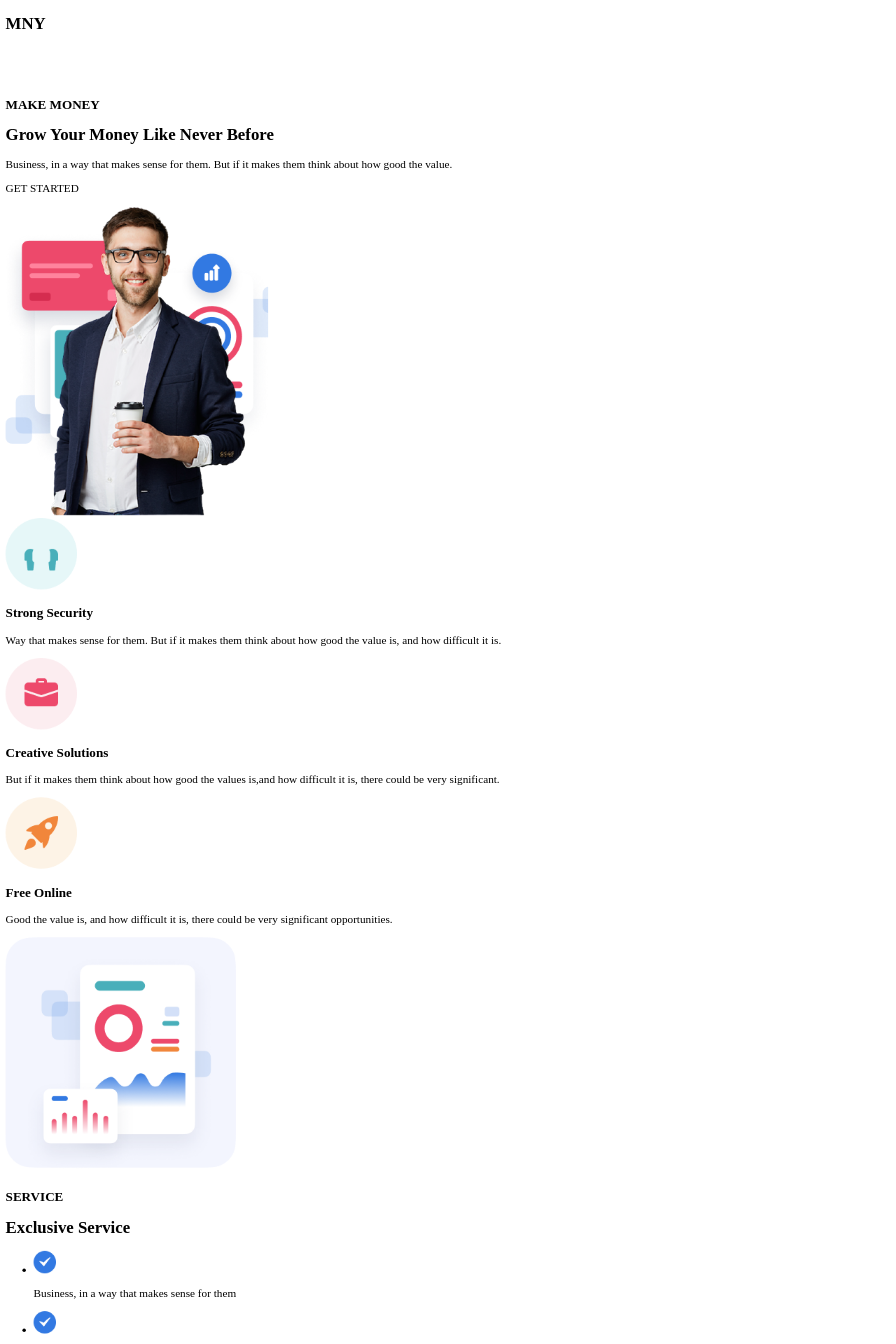
Repository: juniorAntunes910/Make-Money-Design-Avaliacao
Page: index.html
An editor plug-in stored every save of this project. The page is shown before and after a run of saves, followed by the edit.
The browser window is 1280 px wide. The pictures show the part of the page from y = 0 to 1920 px (the page is 5831 px tall before and 4361 px after), at 70% of full size.

Above is the page before, as saved 2026-03-13 08:02:50.

### index.html
<!DOCTYPE html>
<html lang="pt-br">

<head>
    <meta charset="UTF-8">
    <meta name="viewport" content="width=device-width, initial-scale=1.0">
    <title>Make Money</title>
    <link rel="stylesheet" href="style.css">
    <link rel="stylesheet" href="https://cdnjs.cloudflare.com/ajax/libs/font-awesome/6.5.1/css/all.min.css">
</head>

<body>
    <div class="gradient">
        <header>
            <nav class="container">
                <!--Tive que usar esse metodo alternativo para o gradient ficar correto e nao bugar com o container-->
                <h1 id="header-title">
                    MNY
                </h1>

                <div class="header-box-menu">
                    <img src="Assets/Mobile/header/img-menu-mobile.png" alt="Imagem do menu hamburgue">
                </div>
            </nav>
        </header>

        <main>
            <section id="hero" class="gradient">
                <div class="container">

                    <h3 class="hero-header-subtitle">
                        MAKE MONEY
                    </h3>

                    <h2 class="hero-header-title">
                        Grow Your
                        Money Like
                        Never Before
                    </h2>

                    <p class="hero-header-description">
                        Business, in a way that makes sense for <span class="quebra-mobile"></span>
                        them. But if it makes them think about how <span class="quebra-mobile"></span>
                        good the value.
                    </p>

                    <div id="hero-btn">
                        <p>GET STARTED</p>
                    </div>

                    <div id="hero-img-box">
                        <img src="Assets/Mobile/hero/main-content-img-manCoffe-Mobile.png" alt="Imagem de um homem com roupa de escritorio segurando um café com a mão esquerda, atras do homem há
                            3 graficos indicando crescimento" id="hero-img-box-mobile">

                    </div>
                </div>
            </section>
    </div>

    <section id="main-content" class="container">

        <div id="main-content-cards"><!--Estou usando como um container/box de cards-->

            <div class="main-content-card-box"><!--Primeiro "Card" Strong Security-->

                <div class="main-content-card-box-img-box"><!--Imagem do card-->
                    <img src="Assets/Mobile/main-content/img-card-strong-mobile.png" alt="Imagem de uma bola azul cor #E6F7F8 com duas luvas de box estilo low poly, tambem azul porem
                        mais escuro #49AFBA" class="main-content-card-box-img-box-mobile">
                </div><!--Fim da imagem do card-->

                <h3 class="main-content-card-box-content-title">
                    Strong Security
                </h3>

                <p class="main-content-card-box-content-description">
                    Way that makes sense for them. But if it <span class="quebra-mobile"></span>
                    makes them think about how good the <span class="quebra-mobile"></span>
                    value is, and how difficult it is. <span class="quebra-mobile"></span>
                </p>

            </div><!--Fim do Primeiro "Card" Strong security-->

            <div class="main-content-card-box"><!--Segundo "Card" Creative Solutiions-->

                <div class="main-content-card-box-img-box"><!--Imagem do card-->
                    <img src="Assets/Mobile/main-content/img-card-creative-mobile.png"
                        alt="Imagem de uma bola vermelha cor #FCEDF0, com uma maleta estilo escritorio tambem vermelha #ED496B "
                        class="main-content-card-box-img-box-mobile">
                </div><!--Fim da imagem do card-->

                <h3 class="main-content-card-box-content-title">
                    Creative Solutions
                </h3>

                <p class="main-content-card-box-content-description">
                    But if it makes them think about how <span class="quebra-mobile"></span>
                    good the values is,and how difficult it is, <span class="quebra-mobile"></span>
                    there could be very significant. <span class="quebra-mobile"></span>
                </p>

            </div><!--Fim do Segundo "Card" Creative Solutions-->

            <div class="main-content-card-box"><!--Terceiro "Card" Free Online-->

                <div class="main-content-card-box-img-box"><!--Imagem do card-->
                    <img src="Assets/Mobile/main-content/img-card-free-mobile.png"
                        alt="Imagem de uma bola amarela cor #FDF3E6, com um foguete tambem amarelo #F1863B "
                        class="main-content-card-box-img-box-mobile">
                </div><!--Fim da imagem do card-->

                <h3 class="main-content-card-box-content-title">
                    Free Online
                </h3>

                <p class="main-content-card-box-content-description">
                    Good the value is, and how difficult it is, <span class="quebra-mobile"></span>
                    there could be very significant <span class="quebra-mobile"></span>
                    opportunities. <span class="quebra-mobile"></span>
                </p>

            </div><!--Fim do Terceiro "Card" Free online-->
        </div><!--Fimd o container card Box-->

    </section>

    <div id="line-division-main" class="container"></div><!--Linha de divisão entre main-content e service-->


    <section id="service" class="container">

        <div id="service-img-box">
            <img src="Assets/Mobile/service/img-service-graph-mobile.png" alt="Imagem de dois graficos minimalistas, um grafico sendo o maior e possuindo varios graficos
                dentro da seu espaço e um grafico menor sendo de barras" id="img-service-mobile">
        </div>

        <div class="service-content">
            <div class="service-content-header">
                <h3 class="service-content-subtitle">
                    SERVICE
                </h3>

                <h2 class="service-content-title">
                    Exclusive <span class="quebra-mobile"></span>
                    Service
                </h2>
            </div>

            <div class="service-content-avaiable">
                <ul>
                    <li>
                        <div class="service-content-avaiable-img-box">
                            <img src="Assets/Mobile/service/img-service-avaiable-mobile.png"
                                alt="Imagem de uma bola azul com um simbolo de certo/correto branco no centro"
                                id="img-avaiable-mobile">
                        </div>
                        <p>
                            Business, in a way that makes
                            sense for them
                        </p>
                    </li>

                    <li>
                        <div class="service-content-avaiable-img-box">
                            <img src="Assets/Mobile/service/img-service-avaiable-mobile.png"
                                alt="Imagem de uma bola azul com um simbolo de certo/correto branco no centro"
                                class="img-avaiable-mobile">
                        </div>
                        <p>
                            Makes them think about how
                            good
                        </p>
                    </li>

                    <li>
                        <div class="service-content-avaiable-img-box">
                            <img src="Assets/Mobile/service/img-service-avaiable-mobile.png"
                                alt="Imagem de uma bola azul com um simbolo de certo/correto branco no centro"
                                class="img-avaiable-mobile">
                        </div>
                        <p>
                            Value is, and how difficult it is
                        </p>
                    </li>
                </ul>

                <div id="service-content-avaiable-btn">
                    <p>
                        LEARN MORE
                    </p>
                </div>
            </div>
        </div>
    </section>

    <section id="about">
        <div class="container">
            <h3 class="about-header-subtitle">
                ABOUT OUR COMPANY
            </h3>

            <h2 class="about-header-title">
                Giving Future To
                Your Investiment
            </h2>

            <p class="about-header-description">
                Business, in a way that takes
                sense for them.But if it makes
                them think about.
            </p>

            <p class="about-header-subdescription">
                But it makes them think about how good
                the value is,and how difficult it is, there
                could be very significant opportunities-it
                could be really expensive for them.
            </p>

            <div class="about-header-btn">
                <p>ABOUT US</p>
            </div>
        </div>

        <div id="about-img-box">
            <img src="Assets/Mobile/about/img-about-office-mobile.png"
                alt="imagem dividida em 4 elementos sendo a primeira em cima e maior
                com a foto de um trabalhador de escritorio sorrindo enquanto usa seu computador, abaixo na esquerda um grafico subindo, na direita
                possui duas imagem uma em cima da outra sendo a de cima um icone de banco e a de baixo um icone de cartao" class="about-img-box-img-mobile">
        </div>
    </section>

    <section id="testimonials">
        <div id="testimonials-header">
            <h3 class="testimonials-header-subtitle">
                Testimonials
            </h3>
            <h2 class="testimonials-header-title">
                What Clients
                Say
            </h2>
        </div>

        <div id="testimonials-cards-box"><!--Box de cards testimonial-->

            <div class="testimonials-cards-box-card">

                <div class="testimonials-cards-box-card-header"><!--Person 1-->
                    <div class="testimonials-cards-box-card-header-img-person">
                        <img src="Assets/Mobile/testimonials/persons/img-person1-mobile.png"
                            alt="Imagem de uma pessoa com boné, filtro preto e branco olhando para baixo enquanto sorri"
                            class="testimonials-cards-box-card-header-img-person-mobile">
                    </div>
                    <h3 class="testimonials-cards-box-card-header-title">
                        Asaka Chimako
                    </h3>
                    <div class="testimonials-cards-box-card-header-img-stars">
                        <img src="Assets/Mobile/testimonials/img-stars.png"
                            alt="Imagem de 5 estrelas amarelas, usadas como avaliação"
                            class="testimonials-cards-box-card-header-img-stars-mobile">
                    </div>
                </div>
                <div class="testimonials-cards-box-card-content">
                    <p>Business, in a way that makes sense
                        for them.But if it makes them think
                        about how good the value is, and how
                        difficult it is.
                    </p>
                </div>

                <div class="testimonials-cards-box-card-companys">
                    <div class="testimonials-cards-box-card-companys-img">
                        <img src="Assets/Mobile/testimonials/company/img-digitalside.png" alt="Logo da DigitalSide"
                            class="testimonials-cards-box-card-companys-img-mobile">
                    </div>
                    <p>This week</p>
                </div>

            </div><!--Fim do Person 1-->


            <!--Person 2-->
            <div class="testimonials-cards-box-card-azul"><!--Person 2-->
                <div class="testimonials-cards-box-card-header container">
                    <div class="testimonials-cards-box-card-header-img-person">
                        <img src="Assets/Mobile/testimonials/persons/img-person2-mobile (1).png"
                            alt="Imagem de uma pessoa olhando para a camera enquanto sorri"
                            class="testimonials-cards-box-card-header-img-person-mobile">
                    </div>
                    <h3 class="testimonials-cards-box-card-header-title azul-title">
                        Denice Ekdahl
                    </h3>
                    <div class="testimonials-cards-box-card-header-img-stars">
                        <img src="Assets/Mobile/testimonials/img-stars.png"
                            alt="Imagem de 5 estrelas amarelas, usadas como avaliação"
                            class="testimonials-cards-box-card-header-img-stars-mobile">
                    </div>
                </div>
                <div class="testimonials-cards-box-card-content container azul">
                    <p>
                        But if it makes them think about how
                        good the value is, and how difficult it is,
                        there could be very significant
                        opportunities.
                    </p>
                </div>

                <div class="testimonials-cards-box-card-companys container azul azul-bottom">
                    <div class="testimonials-cards-box-card-companys-img">
                        <img src="Assets/Mobile/testimonials/company/img-vortex.png" alt="Logo da Vortex"
                            class="testimonials-cards-box-card-companys-img-mobile">
                    </div>
                    <p>2 weeks ago</p>
                </div>
            </div>

            <div class="testimonials-cards-box-card">
                <div class="testimonials-cards-box-card-header"><!--Person 3-->
                    <div class="testimonials-cards-box-card-header-img-person">
                        <img src="Assets/Mobile/testimonials/persons/img-person3-mobile.png"
                            alt="Imagem de uma pessoa olhando para a camera enquanto sorri"
                            class="testimonials-cards-box-card-header-img-person-mobile">
                    </div>
                    <h3 class="testimonials-cards-box-card-header-title">
                        Vladěna Klímková
                    </h3>
                    <div class="testimonials-cards-box-card-header-img-stars">
                        <img src="Assets/Mobile/testimonials/img-stars.png"
                            alt="Imagem de 5 estrelas amarelas, usadas como avaliação"
                            class="testimonials-cards-box-card-header-img-stars-mobile">
                    </div>
                </div>
                <div class="testimonials-cards-box-card-content">
                    <p>
                        Think about how good the value is, and
                        how difficult it is, there could be very
                        significant opportunities.
                    </p>
                </div>

                <div class="testimonials-cards-box-card-companys">
                    <div class="testimonials-cards-box-card-companys-img">
                        <img src="Assets/Mobile/testimonials/company/img-fusionsource.png" alt="Logo da FusionSource"
                            class="testimonials-cards-box-card-companys-img-mobile">
                    </div>
                    <p>3 weeks ago</p>
                </div>
            </div>
        </div>

        <div id="testimonials-btn">
            <p>
                TESTIMONIALS
            </p>
        </div>

        <div id="testimonials-ad">
            <h3>Business, in a way that
                makes sense for them. But
                if it makes them think.
            </h3>

            <div id="testimonials-ad-companys">
                <ul>
                    <li>
                        <div class="testimonials-ad-companys-companys-img">
                            <img src="Assets/Mobile/testimonials/company/digitalGra de.png" alt="Logo da digitalSide"
                                class="testimonials-ad-companys-companys-img-mobile">
                        </div>
                    </li>

                    <li>
                        <div class="testimonials-ad-companys-companys-img">
                            <img src="Assets/Mobile/testimonials/company/img-travelexplorer.png"
                                alt="Logo da travelExplorer" class="testimonials-ad-companys-companys-img-mobile">
                        </div>
                    </li>


                    <li>
                        <div class="testimonials-ad-companys-companys-img">
                            <img src="Assets/Mobile/testimonials/company/img-fusionsource.png" alt="Logo da fusionsorce"
                                class="testimonials-ad-companys-companys-img-mobile">
                        </div>
                    </li>


                    <li>
                        <div class="testimonials-ad-companys-companys-img">
                            <img src="Assets/Mobile/testimonials/company/img-mediafury.png" alt="Logo da mediaFury"
                                class="testimonials-ad-companys-companys-img-mobile">
                        </div>
                    </li>
                </ul>
            </div>

            <div class="testimonials-ad-download-img-box">
                <img src="Assets/Mobile/testimonials/img-testimonial-download-mobile.png"
                    alt="Imagem de com 2 celulares em baixo e uma mensagem de download em cima"
                    id="testimonials-ad-download-img-box-mobile">
            </div>
        </div>

    </section>

    <section id="contact">
        <div class="card-azul container">
            <h3 class="container">Get In Touch</h3>
            <form action="#" method="post" class="container">
                <input type="text" id="email" name="email" placeholder="Your email">
                <div class="select-container">
                    <select>
                        <option value="" disabled selected>Subject</option>
                    </select>
                </div>
                <textarea placeholder="Message"></textarea>
                <div class="form-btn">
                    <button type="submit">SUBMIT NOW</button>
                </div>
            </form>
        </div>

        <div id="contact-content" class="container">
            <h3 class="contact-content-subtitle">
                CONTACT
            </h3>
            <h2 class="contact-content-title">
                Contact Us
            </h2>
            <p class="contact-content-description">
                About how good the value is, and how
                difficult it is, there could be very significant
                opportunities.
            </p>
        </div>

        <div id="contact-infos" class="container">
            <ul>
                <li>
                    <div class="contact-infos-img">
                        <img src="Assets/Mobile/contact/img-pin-address-mobile.png"
                            alt="Imagem de uma bola azul, dentro tem um simbolo de localização branco"
                            class="contact-infos-img-mobile">
                    </div>
                    <p>69 Branch Lane Griffin, GA 30223</p>
                </li>

                <li>
                    <div class="contact-infos-img">
                        <img src="Assets/Mobile/contact/img-celphone-mobile.png"
                            alt="Imagem de uma bola azul, dentro tem um telefone branco"
                            class="contact-infos-img-mobile">
                    </div>
                    <p>+1 (234) 567-89-00</p>
                </li>

                <li>
                    <div class="contact-infos-img">
                        <img src="Assets/Mobile/contact/img-email-mobile.png"
                            alt="Imagem de uma bola azul, dentro tem um simbolo de email branco"
                            class="contact-infos-img-mobile">
                    </div>
                    <p>money@info.com</p>
                </li>
            </ul>

            <div class="contact-infos-btn-box">
                <h3 class="contact-infos-btn-box-title">
                    All-in-One Money Solution for Your Business
                </h3>

                <div class="contact-infos-btn-box-btn">
                    <p>
                        CONTACT US
                    </p>
                </div>

                <div class="contact-infos-btn-box-btn">
                    <p>
                        GET STARTED
                    </p>
                </div>
            </div>
        </div>

    </section>

    <div id="line-division-footer-1" class="container"></div>
    </main>

    <footer>

        <h2 id="footer-title">
            MNY
        </h2>

        <div id="footer-links">
            <h4>MENU</h4>
            <ul>
                <li>
                    <p>About</p>
                </li>

                <li>
                    <p>Pricing</p>
                </li>

                <li>
                    <p>Blog</p>
                </li>

                <li>
                    <p>Contact</p>
                </li>
            </ul>

            <h4>SERVICE</h4>
            <ul>
                <li>
                    Finance Analytics
                </li>

                <li>
                    Consulting
                </li>

                <li>
                    Audit & Assurance
                </li>

                <li>
                    Tax Advisory
                </li>
            </ul>

            <div class="footer-links-social">
                <i class="fa-brands fa-facebook-f"></i>

                <i class="fa-brands fa-twitter"></i>

                <i class="fa-brands fa-instagram"></i>
            </div>
        </div>

        <div id="line-division-footer-2" class="container"></div>

        <section id="copyright">

            <div class="copyright-title">
                <p>Copyright © 2021 Laaqiq. </p>
                <p>All Rights Reserved.</p>
            </div>

            <div class="copyright-terms">
                <p>Terms of Use</p>
                <p>Privacy Policy</p>
            </div>
        </section>
    </footer>
</body>

</html>

### style.css
@import url('https://fonts.googleapis.com/css2?family=Libre+Franklin:wght@300;400;700;900&display=swap');

* {

}

After the next 3 saves:
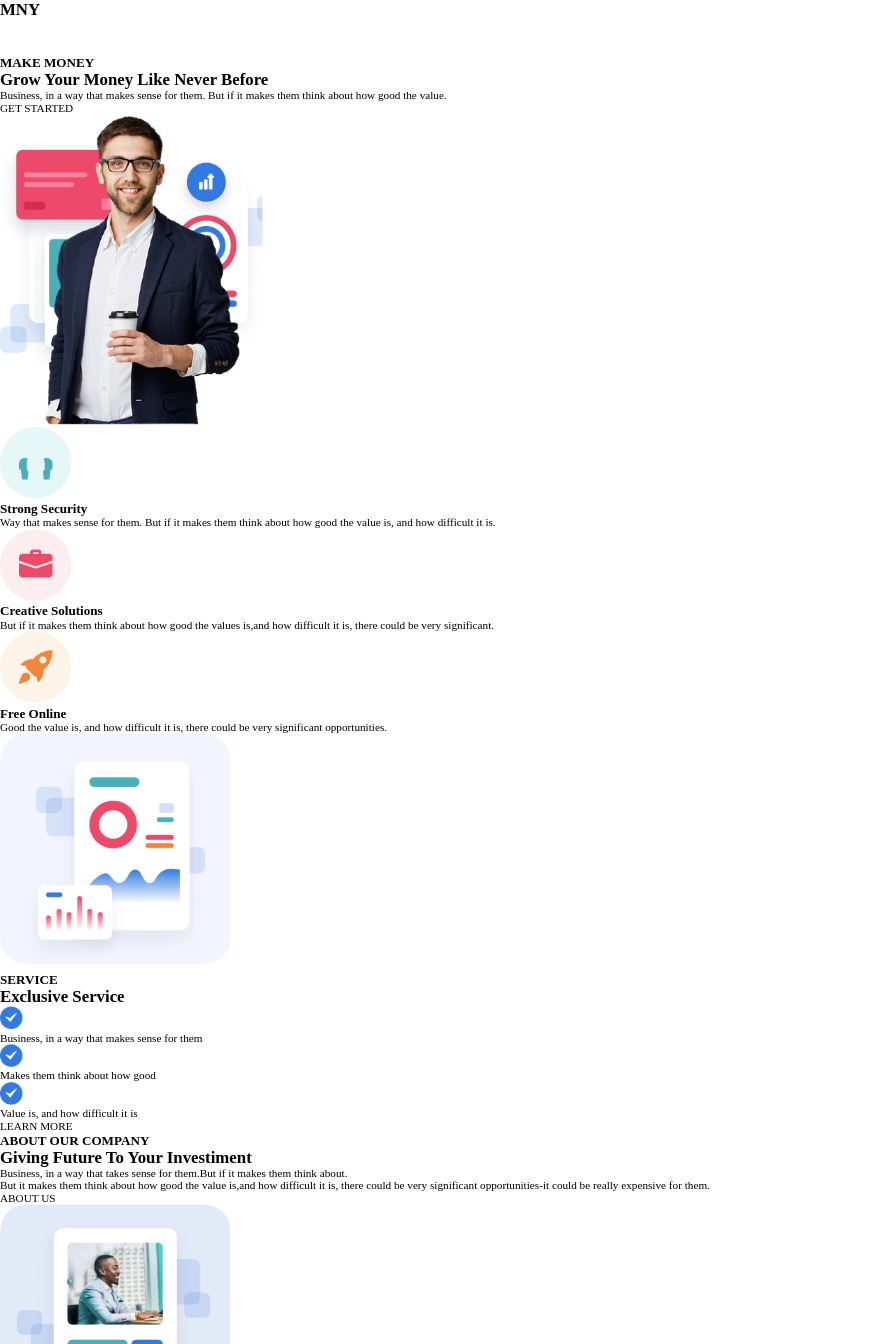
The 3 saves are shown as one change because they came seconds apart.
The last was saved 12 s later.
--- a/style.css
+++ b/style.css
@@ -1,5 +1,7 @@
 @import url('https://fonts.googleapis.com/css2?family=Libre+Franklin:wght@300;400;700;900&display=swap');
 
 * {
-
+    margin: 0;
+    padding: 0;
+    box-sizing: border-box;
 }
